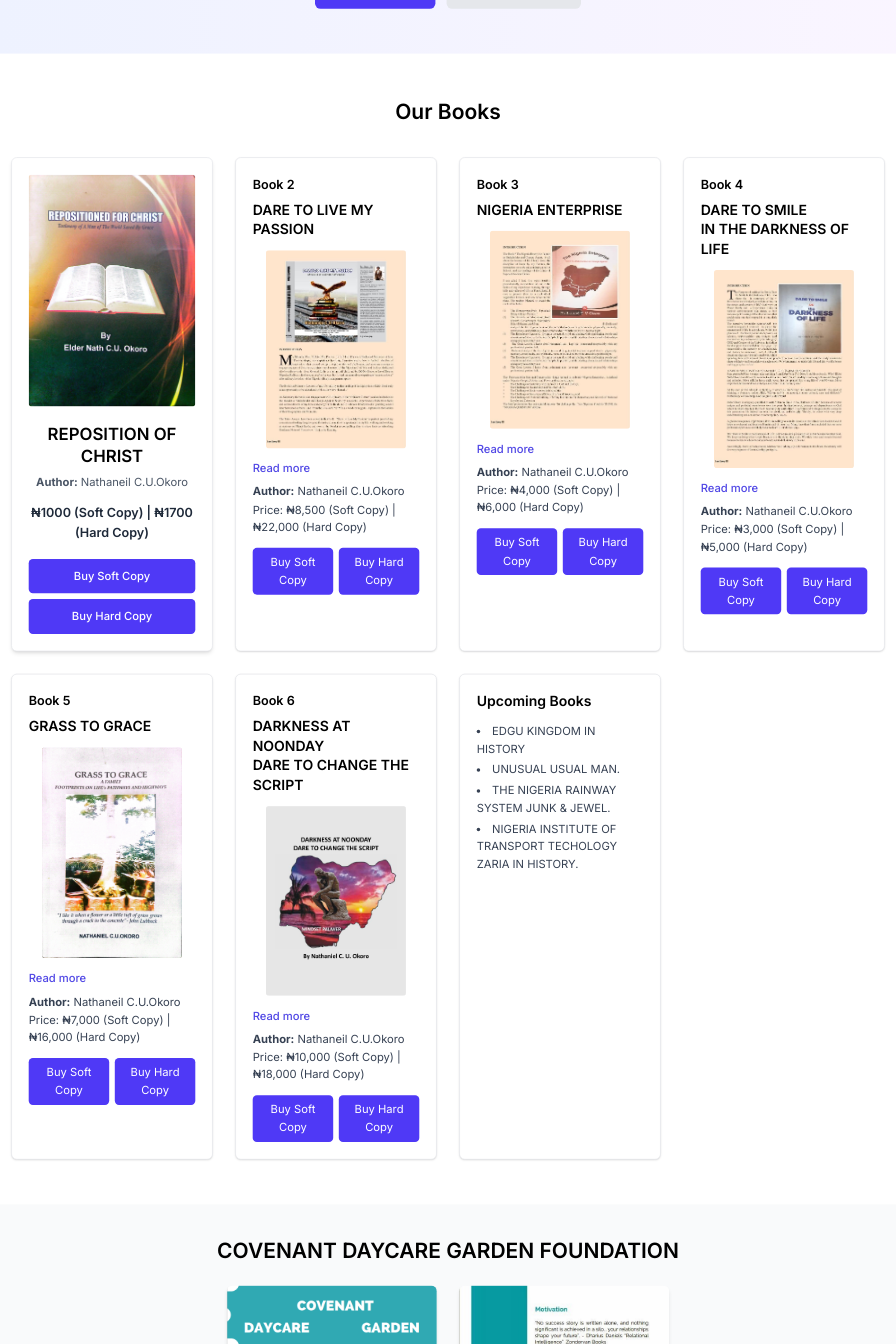
Repository: Rickyy1017/online-bookstore
Page: / (app in frontend/)
These files come from the project's save history. The page is drawn as it stood at one moment and after the next save; the edit follows.
The browser window is 1280 px wide. The pictures show the part of the page from y = 371 to 2291 px (the page is 3589 px tall before and 3594 px after), at 70% of full size.
The project was rebuilt for these pictures with package versions that can differ from the ones it lists, and the page was loaded fresh each time. The framework's server and built-in components were replaced by stand-ins that run in the browser. Also part of the build but not shown: frontend/next.config.ts.

Above is the page before, as saved 2025-10-09 23:23:13.

After the next save:
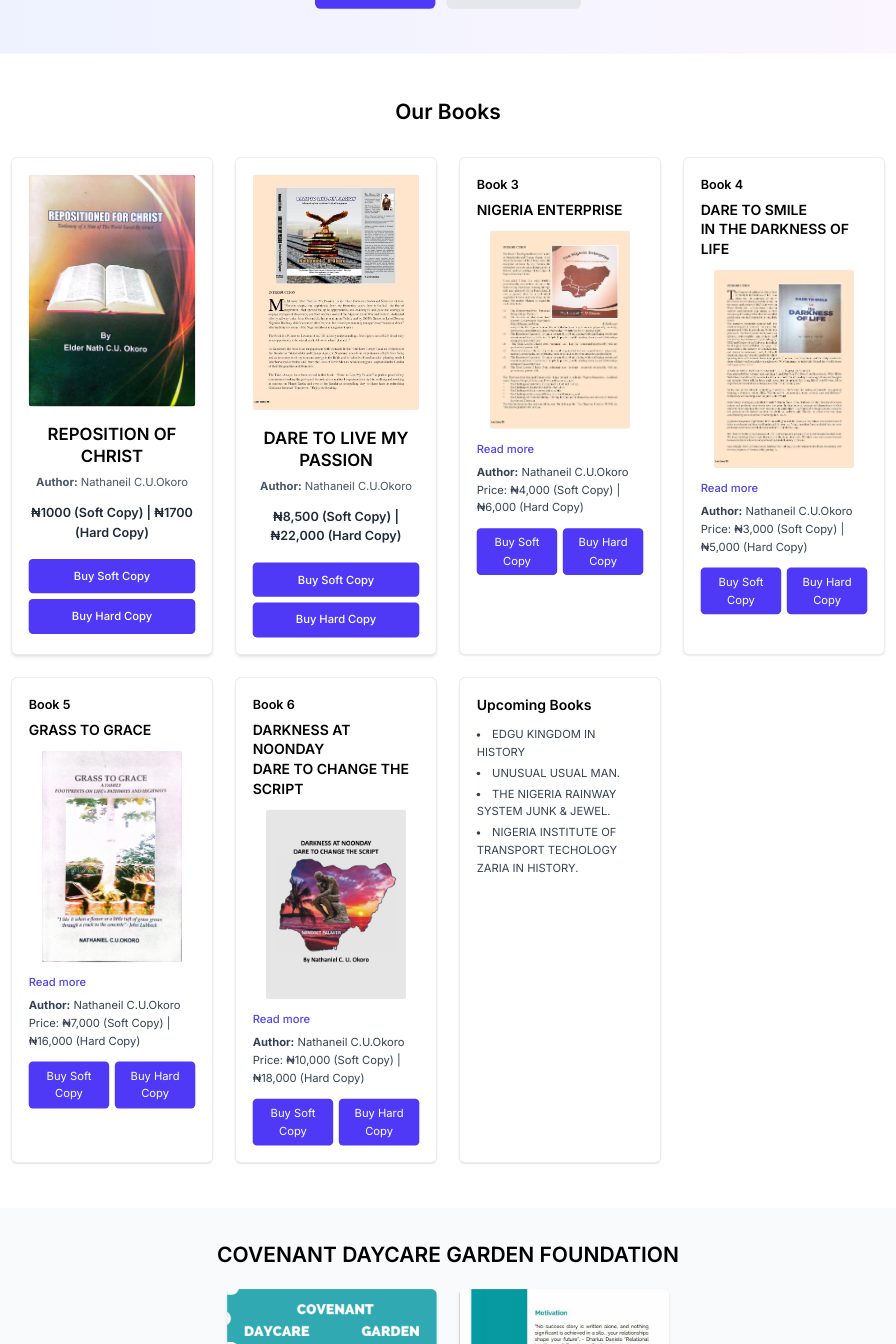
Saved 19 s later.
--- a/frontend/app/page.tsx
+++ b/frontend/app/page.tsx
@@ -85,16 +85,16 @@ export default function Page() {
             </div>
           </div>
 
-        <div className="bg-white border border-gray-200 rounded-lg p-6 shadow-sm">
-          <h2 className="text-lg font-semibold text-gray-800 mb-2">Book 2</h2>
-          <h3 className="text-xl font-bold text-gray-900 mb-4">DARE TO LIVE MY PASSION</h3>
-          <Image src="/images/mypass.jpg" alt="DARE TO LIVE MY PASSION" width={200} height={300} className="mx-auto mb-4 rounded" />
-          <Link href="/dare-to-live-my-passion" className="text-indigo-600 hover:text-indigo-800 font-medium">Read more</Link>
-          <p className="text-gray-700 mt-2"><b>Author:</b> Nathaneil C.U.Okoro</p>
-          <p className="text-gray-700 mb-4">Price: ₦8,500 (Soft Copy) | ₦22,000 (Hard Copy)</p>
-          <div className="flex gap-2">
-            <button onClick={() => addToCart('DARE TO LIVE MY PASSION', 8500, 'Soft Copy')} className="bg-indigo-600 text-white px-4 py-2 rounded-md hover:bg-indigo-700 flex-1">Buy Soft Copy</button>
-            <button onClick={() => addToCart('DARE TO LIVE MY PASSION', 22000, 'Hard Copy')} className="bg-indigo-600 text-white px-4 py-2 rounded-md hover:bg-indigo-700 flex-1">Buy Hard Copy</button>
+        <div className="bg-white border border-gray-200 rounded-lg p-6 shadow-md hover:shadow-lg transition-shadow">
+          <Image src="/images/mypass.jpg" alt="DARE TO LIVE MY PASSION" width={250} height={350} className="mx-auto mb-6 rounded" />
+          <h3 className="text-2xl font-bold text-gray-900 mb-2 text-center">DARE TO LIVE MY PASSION</h3>
+          <p className="text-gray-600 text-center mb-4"><b>Author:</b> Nathaneil C.U.Okoro</p>
+          <div className="text-center mb-6">
+            <p className="text-lg text-gray-800 font-semibold">₦8,500 (Soft Copy) | ₦22,000 (Hard Copy)</p>
+          </div>
+          <div className="space-y-2">
+            <button onClick={() => addToCart('DARE TO LIVE MY PASSION', 8500, 'Soft Copy')} className="w-full bg-indigo-600 text-white py-3 rounded-md hover:bg-indigo-700 transition-colors font-medium">Buy Soft Copy</button>
+            <button onClick={() => addToCart('DARE TO LIVE MY PASSION', 22000, 'Hard Copy')} className="w-full bg-indigo-600 text-white py-3 rounded-md hover:bg-indigo-700 transition-colors font-medium">Buy Hard Copy</button>
           </div>
         </div>
 
